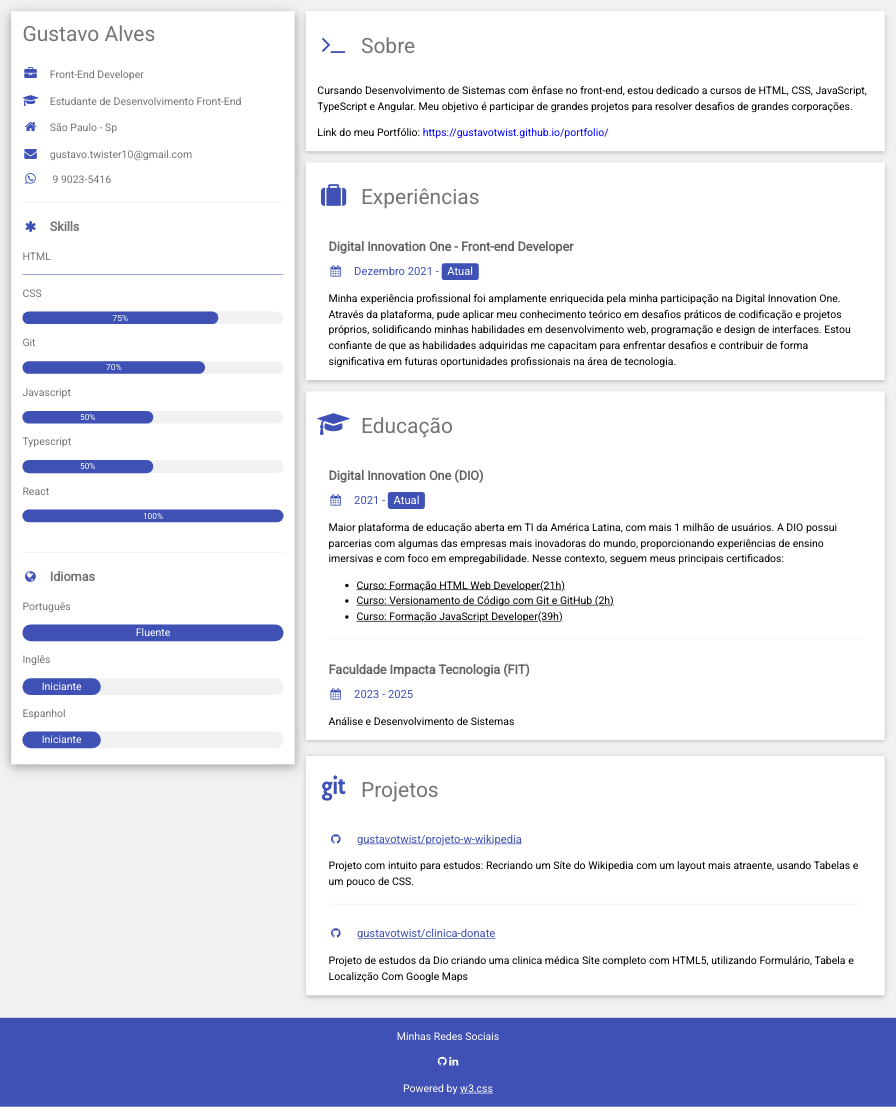
Repository: gustavotwist/cv
Page: index.html
An editor plug-in stored every save of this project. The page is shown before and after the next save, followed by the edit.
The browser window is 1280 px wide. The pictures show the part of the page from y = 0 to 1920 px (the page is 1581 px tall before and 3623 px after), at 70% of full size.

Above is the page before, as saved 2025-03-09 11:06:49.

After the next save:
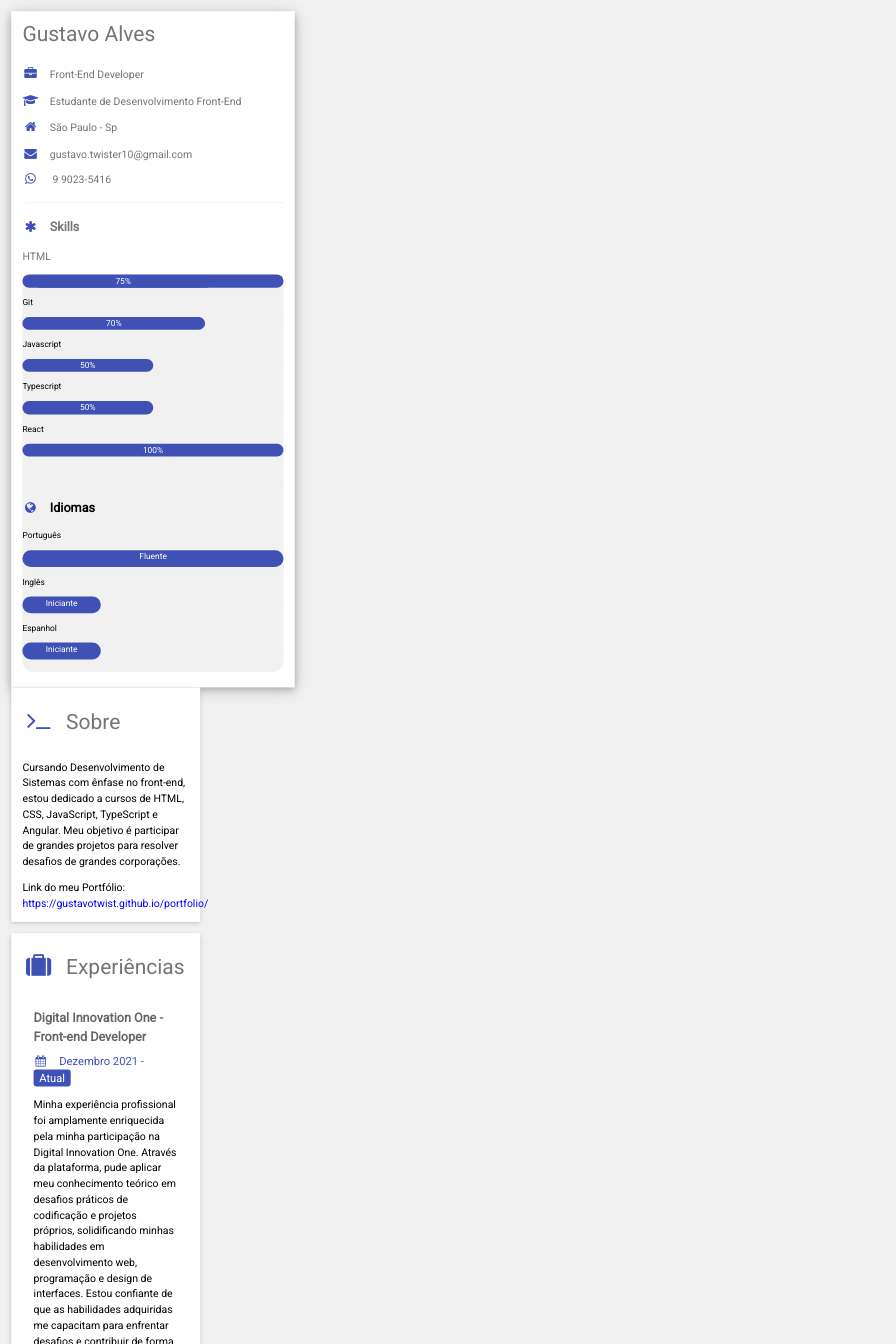
Saved 16 s later.
--- a/index.html
+++ b/index.html
@@ -48,7 +48,7 @@
               </p>
               <p>HTML</p>
               <div class="w3-light-grey w3-round-xlarge w3-small">
-                <div class="w3-container w3-center w3-round-xlarge w3-indigo" style="width:100%"></div>
+                <div class="w3-container w3-center w3-round-xlarge w3-indigo" style="></div>
               </div>
               <p>CSS</p>
               <div class="w3-light-grey w3-round-xlarge w3-small">

After the save that followed:
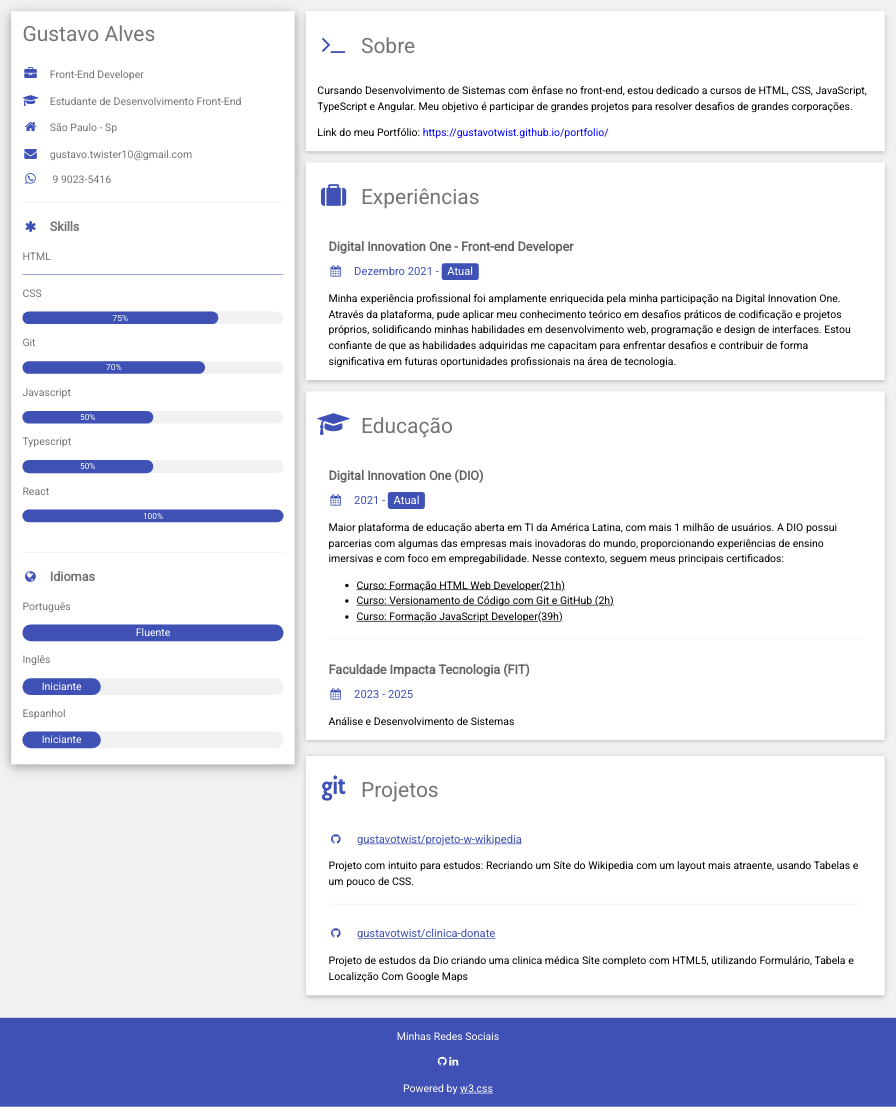
Saved 16 s later.
--- a/index.html
+++ b/index.html
@@ -48,7 +48,7 @@
               </p>
               <p>HTML</p>
               <div class="w3-light-grey w3-round-xlarge w3-small">
-                <div class="w3-container w3-center w3-round-xlarge w3-indigo" style="></div>
+                <div class="w3-container w3-center w3-round-xlarge w3-indigo" style="width:100%"></div>
               </div>
               <p>CSS</p>
               <div class="w3-light-grey w3-round-xlarge w3-small">
